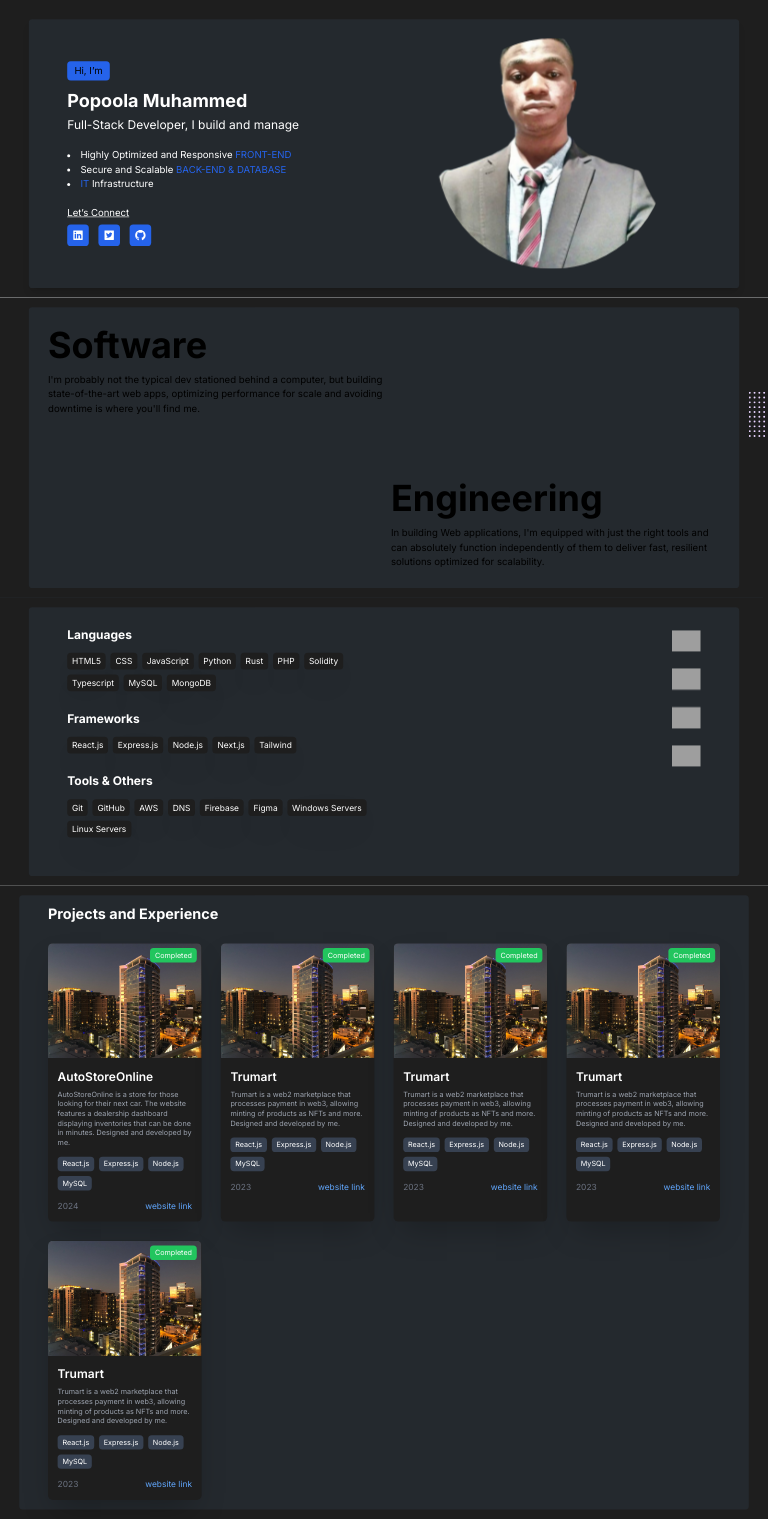
Repository: muhammedctgr/hammedctgr
Page: /
An editor plug-in stored every save of this project. The page is shown before and after the next save, followed by the edit.
The browser window is 1280 px wide. The pictures show the whole page, at 60% of full size.
Pictures or frames that could not be fetched are drawn as grey boxes. The project was rebuilt for these pictures with package versions that can differ from the ones it lists, and the page was loaded fresh each time. The framework's server and built-in components were replaced by stand-ins that run in the browser. Also part of the build but not shown: next.config.mjs.

Above is the page before, as saved 2024-08-06 15:09:39.

### app/layout.tsx
import type { Metadata } from "next";
import { Inter } from "next/font/google";
import "./globals.css";

const inter = Inter({ subsets: ["latin"] });

export const metadata: Metadata = {
  title: "Popoola Muhammed",
  description: "Generated by create next app",
};

export default function RootLayout({
  children,
}: Readonly<{
  children: React.ReactNode;
}>) {
  return (
    <html lang="en">
      <body className={inter.className}>{children}</body>
    </html>
  );
}

### app/page.tsx
import Head from 'next/head';
import Hero from '../components/Hero';
import SkillsSection from '@/components/SkillsSection';
import SummarySection from '@/components/SummarySection';
import ProjectsSection from '@/components/ProjectsSection';


const Home = () => (
  <div>
    <Head>
      <title>Popoola Muhammed</title>
      <meta name="description" content="Welcome to my developer portfolio" />
    </Head>

    <Hero />
    <SummarySection />
    <SkillsSection />
    <ProjectsSection />
  </div>
);

export default Home;

### app/globals.css
@tailwind base;
@tailwind components;
@tailwind utilities;

:root {
  --foreground-rgb: 0, 0, 0;
  --background-start-rgb: 214, 219, 220;
  --background-end-rgb: 255, 255, 255;
}

@media (prefers-color-scheme: dark) {
  :root {
    --foreground-rgb: 255, 255, 255;
    --background-start-rgb: 0, 0, 0;
    --background-end-rgb: 0, 0, 0;
  }
}

body {
  color: rgb(var(--foreground-rgb));
  background: linear-gradient(
      to bottom,
      transparent,
      rgb(var(--background-end-rgb))
    )
    rgb(var(--background-start-rgb));
}

@layer utilities {
  .text-balance {
    text-wrap: balance;
  }
}


@keyframes upDown {
  0%, 100% {
    transform: translateY(0);
  }
  50% {
    transform: translateY(-10px); /* Adjust the value as needed */
  }
}

.animate-upDown {
  animation: upDown 2s infinite ease-in-out; /* Adjust duration as needed */
}

### components/Hero.tsx
import Image from 'next/image';
import profilePic from '../public/profile.png';
import { AiFillLinkedin, AiFillGithub, AiFillTwitterSquare, AiFillX } from 'react-icons/ai';

const Hero = () => {
  return (
    <section className="bg-gptGray px-4 py-4 md:pt-8 md:px-8 lg:px-12 text-white flex items-center">
  <div className="container bg-githubGray shadow-lg rounded-md mx-auto flex flex-col md:flex-row items-center md:px-8">
    <div className="flex-1 text-left p-4 md:p-8">
      <div className="inline-block bg-blue-600 text-black py-1 px-3 mb-4 rounded-md">
        Hi, I’m
      </div>
      <div className="mb-6">
        <h1 className="text-xl md:text-3xl font-bold">Popoola Muhammed</h1>
        <p className="mt-2 text-lg md:text-xl">Full-Stack Developer, I build and manage</p>
      </div>
      <ul className="mt-4 list-disc list-inside">
        <li>Highly Optimized and Responsive <span className="text-blue-600">FRONT-END</span></li>
        <li>Secure and Scalable <span className="text-blue-600">BACK-END & DATABASE</span></li>
        <li><span className="text-blue-600">IT</span> Infrastructure</li>
      </ul>
      <div className="mt-6">
        <a href="#contact" className="underline">Let’s Connect</a>
        <div className="mt-2 flex justify-start space-x-4">
          <a href="#" className="bg-blue-600 p-2 rounded-md">
            <AiFillLinkedin size={20} />
          </a>
          <a href="#" className="bg-blue-600 p-2 rounded-md">
            <AiFillTwitterSquare size={20} />
          </a>
          <a href="#" className="bg-blue-600 p-2 rounded-md">
            <AiFillGithub size={20} />
          </a>
        </div>
      </div>
    </div>
    <div className="flex-1 p-4 md:p-8">
      <div className="relative w-40 h-40 md:w-72 md:h-72 lg:w-96 lg:h-96 mx-auto">
        <Image src={profilePic} alt="Popoola Muhammed" layout="fill" className="rounded-full object-cover animate-upDown" />
      </div>
    </div>
  </div>
</section>
  );
};

export default Hero;

### components/SkillsSection.tsx
import Image from 'next/image';
import { FC } from 'react';

interface SkillCategory {
  title: string;
  skills: { name: string; color: string; }[];
}

const skills: SkillCategory[] = [
  {
    title: "Languages",
    skills: [
      { name: "HTML5", color: "bg-black" },
      { name: "CSS", color: "bg-black"},
      { name: "JavaScript", color: "bg-yellow-500" },
      { name: "Python", color: "bg-green-500" },
      { name: "Rust", color: "bg-orange-600" },
      { name: "PHP", color: "bg-purple-500" },
      { name: "Solidity", color: "bg-black-500" },
      { name: "Typescript", color: "bg-blue-700" },
      { name: "MySQL", color: "bg-orange-400" },
      { name: "MongoDB", color: "bg-green-600" },
    ],
  },
  {
    title: "Frameworks",
    skills: [
      { name: "React.js", color: "bg-blue-400" },
      { name: "Express.js", color: "bg-green-500" },
      { name: "Node.js", color: "bg-green-700" },
      { name: "Next.js", color: "bg-purple-700" },
      { name: "Tailwind", color: "bg-purple-500" },
    ],
  },
  {
    title: "Tools & Others",
    skills: [
      { name: "Git", color: "bg-orange-500" },
      { name: "GitHub", color: "bg-purple-800" },
      { name: "AWS", color: "bg-yellow-600" },
      { name: "DNS", color: "bg-gray-400" },
      { name: "Firebase", color: "bg-yellow-500" },
      { name: "Figma", color: "bg-pink-600" },
      { name: "Windows Servers", color: "bg-blue-700" },
      { name: "Linux Servers", color: "bg-black" },
    ],
  },
];

const icons = [
  "/icons/html5.svg", // Replace with your icon paths
  "/icons/css3.svg",
  "/icons/javascript.svg",
  "/icons/python.svg",
  // Add the rest of the icons as needed
];

const SkillsSection: FC = () => {
  return (
    <section className="px-4 py-4 md:px-8 lg:px-12 bg-gptGray text-white">
  <div className="container bg-githubGray rounded-md mx-auto flex flex-col md:flex-row items-start md:px-8">
    <div className="flex-1 p-4 md:p-8">
      {skills.map((category) => (
        <div key={category.title} className="mb-8">
          <h2 className="text-lg md:text-xl font-bold mb-4">{category.title}</h2>
          <div className="flex flex-wrap gap-2">
            {category.skills.map((skill) => (
              <span
                key={skill.name}
                className={`px-2 py-1 rounded-md text-sm bg-gptGray shadow-2xl`}
              >
                {skill.name}
              </span>
            ))}
          </div>
        </div>
      ))}
    </div>
    <div className="flex-1 flex flex-col items-center md:items-end">
      <div className="grid grid-cols-3 md:grid-cols-1 gap-4 p-4 md:p-8">
        {icons.map((src, index) => (
          <div key={index} className="w-10 h-10 md:w-12 md:h-12 relative">
            <Image src={src} alt={`icon-${index}`} layout="fill" objectFit="contain" />
          </div>
        ))}
      </div>
    </div>
  </div>
</section>
  );
};

export default SkillsSection;

### components/SummarySection.tsx
import { FC } from 'react';

const SummarySection: FC = () => {
  return (
<section className="px-4 py-4 md:px-8 lg:px-12 bg-gptGray relative overflow-hidden">
  <div className="container bg-githubGray mx-auto flex rounded-md flex-col md:flex-row justify-between items-start md:px-8 p-4 md:p-8">
    <div className=" mb-8 md:mb-8">
      <div className="mb-4">
        <span className="text-4xl md:text-6xl font-bold">Software</span>
      </div>
      <p className="text-sm md:text-base">
        I'm probably not the typical dev stationed behind a computer, but building state-of-the-art web apps, optimizing performance for scale and avoiding downtime is where you'll find me.
      </p>
    </div>
    <div className=" md:mt-64">
      <div className="mb-4">
        <span className="text-4xl md:text-6xl font-bold">Engineering</span>
      </div>
      <p className="text-sm md:text-base">
        In building Web applications, I'm equipped with just the right tools and can absolutely function independently of them to deliver fast, resilient solutions optimized for scalability.
      </p>
    </div>
  </div>

  {/* Decorative Elements */}
  <div className="absolute top-1/4 right-0 transform translate-x-4 translate-y-4 md:translate-x-12 md:translate-y-8">
    <svg className="fill-current text-purple-200" width="80" height="80" viewBox="0 0 100 100">
      {/* SVG circles */}
      {[...Array(10)].map((_, row) => (
        <g key={row} transform={`translate(0, ${row * 10})`}>
          {[...Array(10)].map((_, col) => (
            <circle key={col} cx={col * 10 + 2} cy="2" r="2" />
          ))}
        </g>
      ))}
    </svg>
  </div>
</section>
  );
};

export default SummarySection;

### components/ProjectsSection.tsx
import { FC } from 'react';

interface Project {
  title: string;
  description: string;
  technologies: string[];
  date: string;
  status: string;
  image: string;
  link: string;
}

const projects: Project[] = [
  {
    title: "AutoStoreOnline",
    description: "AutoStoreOnline is a store for those looking for their next car. The website features a dealership dashboard displaying inventories that can be done in minutes. Designed and developed by me.",
    technologies: ["React.js", "Express.js", "Node.js", "MySQL"],
    date: "2024",
    status: "Completed",
    image: "pic1.jpg",
    link: "https://example.com",
  },
  {
    title: "Trumart",
    description: "Trumart is a web2 marketplace that processes payment in web3, allowing minting of products as NFTs and more. Designed and developed by me.",
    technologies: ["React.js", "Express.js", "Node.js", "MySQL"],
    date: "2023",
    status: "Completed",
    image: "pic1.jpg",
    link: "https://example.com",
  },
  {
    title: "Trumart",
    description: "Trumart is a web2 marketplace that processes payment in web3, allowing minting of products as NFTs and more. Designed and developed by me.",
    technologies: ["React.js", "Express.js", "Node.js", "MySQL"],
    date: "2023",
    status: "Completed",
    image: "pic1.jpg",
    link: "https://example.com",
  },
  {
    title: "Trumart",
    description: "Trumart is a web2 marketplace that processes payment in web3, allowing minting of products as NFTs and more. Designed and developed by me.",
    technologies: ["React.js", "Express.js", "Node.js", "MySQL"],
    date: "2023",
    status: "Completed",
    image: "pic1.jpg",
    link: "https://example.com",
  },
  {
    title: "Trumart",
    description: "Trumart is a web2 marketplace that processes payment in web3, allowing minting of products as NFTs and more. Designed and developed by me.",
    technologies: ["React.js", "Express.js", "Node.js", "MySQL"],
    date: "2023",
    status: "Completed",
    image: "pic1.jpg",
    link: "https://example.com",
  },
  // Add more projects as needed...
];

const ProjectsSection: FC = () => {
  return (
    <section className="bg-gptGray md:px-8 px-4 py-4">
      <div className="container bg-githubGray rounded-md mx-auto md:px-8 ">
        <h2 className="text-2xl font-bold text-white p-4">Projects and Experience</h2>
        <div className="grid grid-cols-1 sm:grid-cols-3 lg:grid-cols-4 gap-8 p-4">
          {projects.map((project, index) => (
            <div key={index} className="bg-gptGray rounded-lg overflow-hidden shadow-2xl">
              <div className="relative w-full h-48">
                <img src={project.image} alt={project.title} className="w-full h-full object-cover" />
                <span className="absolute top-2 right-2 bg-green-500 text-xs text-white px-2 py-1 rounded-md">{project.status}</span>
              </div>
              <div className="p-4">
                <h3 className="text-xl font-semibold text-white mb-2">{project.title}</h3>
                <p className="text-gray-400 text-xs mb-4">{project.description}</p>
                <div className="flex flex-wrap gap-2 mb-4">
                  {project.technologies.map((tech, i) => (
                    <span key={i} className="bg-gray-700 text-white text-xs px-2 py-1 rounded-md shadow-2xl">{tech}</span>
                  ))}
                </div>
                <div className="flex justify-between items-center">
                  <span className="text-gray-500 text-sm">{project.date}</span>
                  <a href={project.link} target="_blank" rel="noopener noreferrer" className="text-blue-400 hover:underline text-sm">website link</a>
                </div>
              </div>
            </div>
          ))}
        </div>
      </div>
    </section>
  );
};

export default ProjectsSection;

### tailwind.config.ts
import type { Config } from "tailwindcss";

const config: Config = {
  content: [
    "./pages/**/*.{js,ts,jsx,tsx,mdx}",
    "./components/**/*.{js,ts,jsx,tsx,mdx}",
    "./app/**/*.{js,ts,jsx,tsx,mdx}",
  ],
  theme: {
    extend: {
      backgroundImage: {
        "gradient-radial": "radial-gradient(var(--tw-gradient-stops))",
        "gradient-conic":
          "conic-gradient(from 180deg at 50% 50%, var(--tw-gradient-stops))",
      },
      colors: {
        githubGray: '#24292e',
        gptGray: '#1e1e1e' // Define the exact color
      },
    },
  },
  plugins: [],
};
export default config;

After the next save:
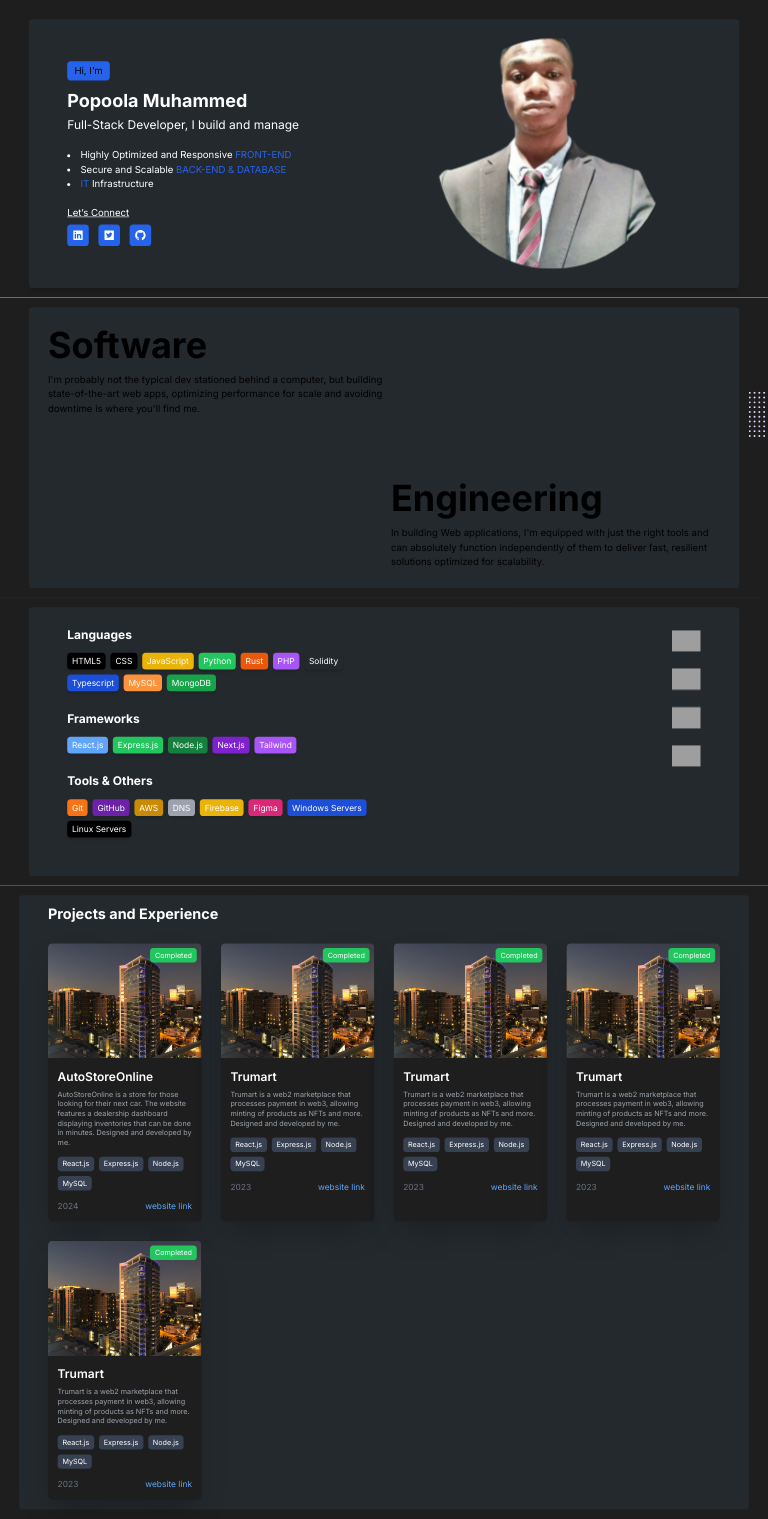
Saved 105 s later.
--- a/components/SkillsSection.tsx
+++ b/components/SkillsSection.tsx
@@ -67,7 +67,7 @@ const SkillsSection: FC = () => {
             {category.skills.map((skill) => (
               <span
                 key={skill.name}
-                className={`px-2 py-1 rounded-md text-sm bg-gptGray shadow-2xl`}
+                className={`px-2 py-1 rounded-md text-sm ${skill.color} shadow-md`}
               >
                 {skill.name}
               </span>

After the save that followed:
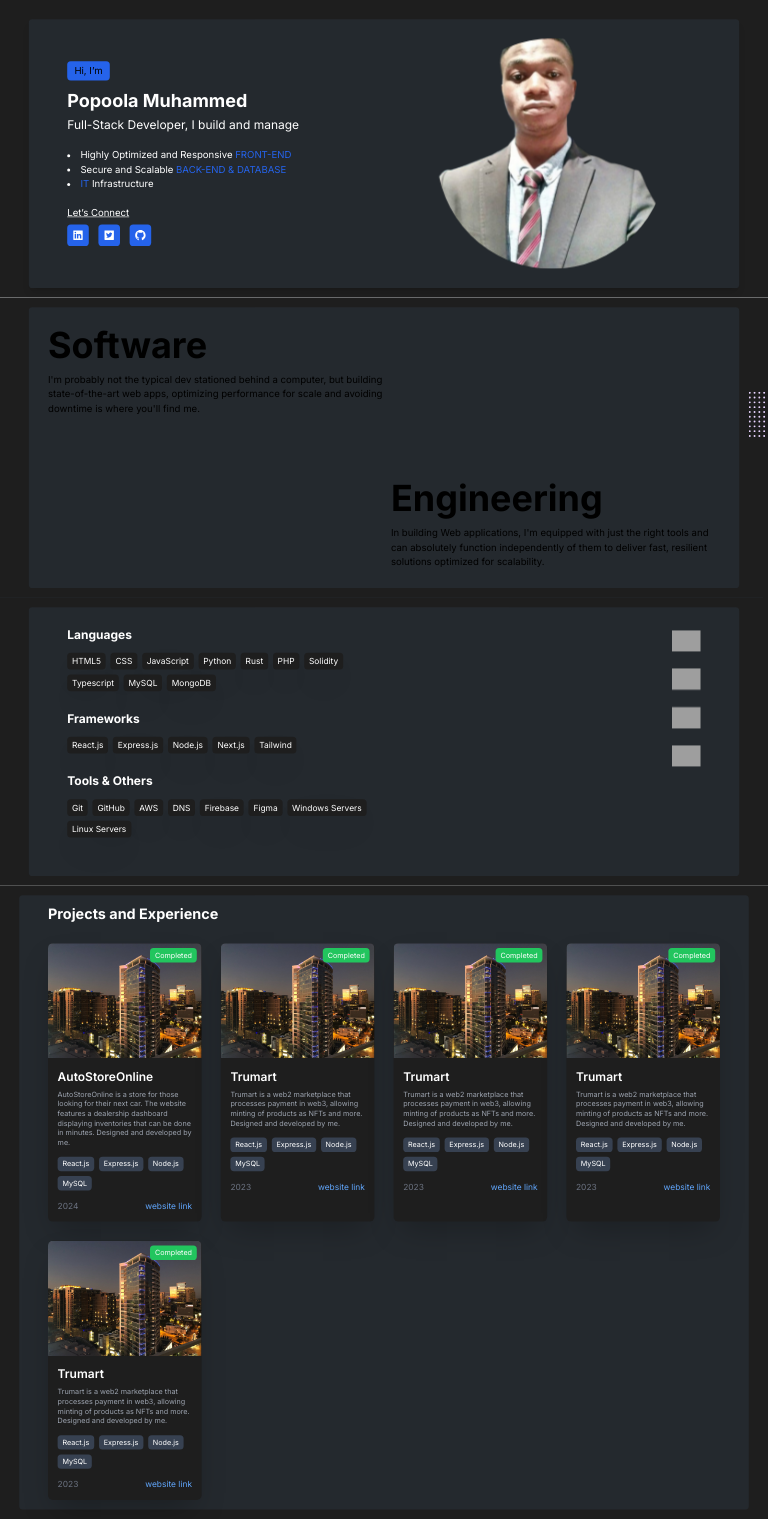
Saved 21 s later.
--- a/components/SkillsSection.tsx
+++ b/components/SkillsSection.tsx
@@ -67,7 +67,7 @@ const SkillsSection: FC = () => {
             {category.skills.map((skill) => (
               <span
                 key={skill.name}
-                className={`px-2 py-1 rounded-md text-sm ${skill.color} shadow-md`}
+                className={`px-2 py-1 rounded-md text-sm bg-gptGray shadow-2xl`}
               >
                 {skill.name}
               </span>
